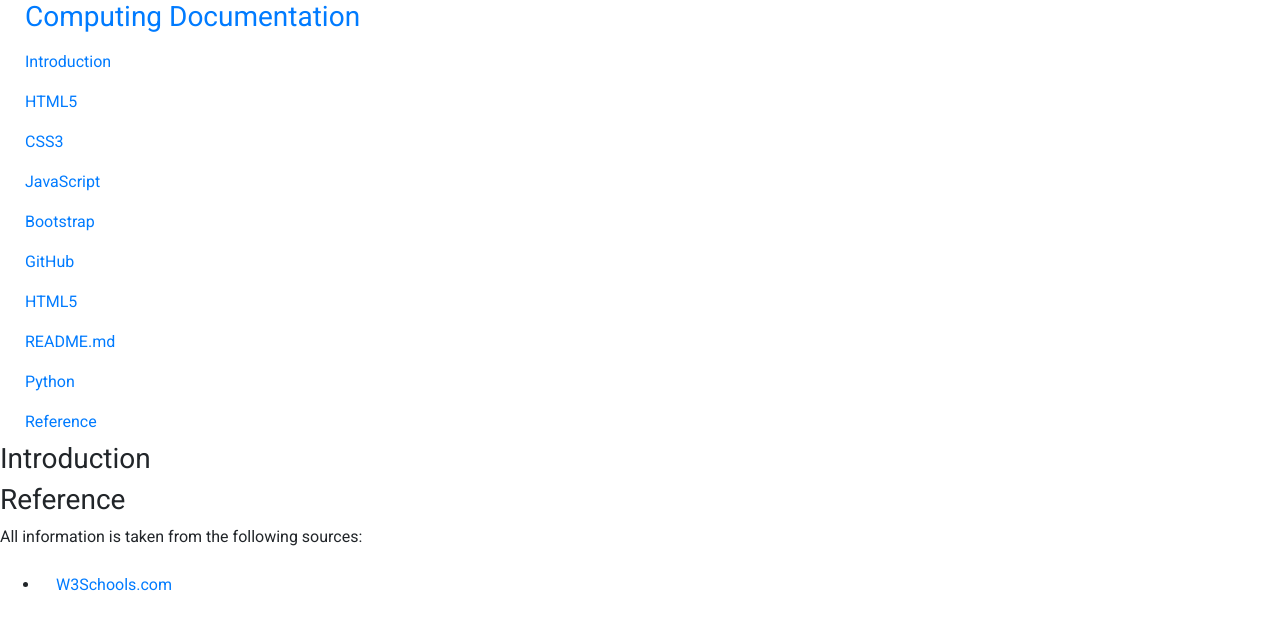
Repository: derektypist/technical-documentation-page
Page: index.html
The author's editor kept a record of every edit. The page is drawn from the files as they stood at one moment, then again after the next edit.
The browser window is 1280 px wide. The pictures show the whole page.

Above is the page before.

After the next edit:
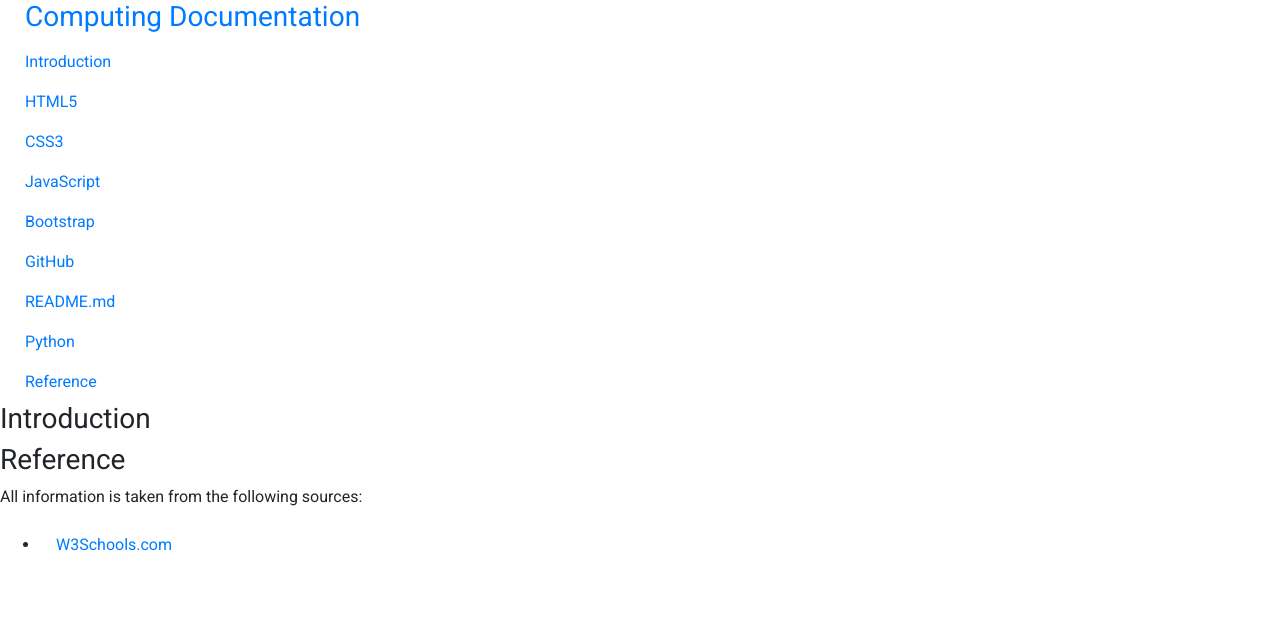
The edit:
--- a/index.html
+++ b/index.html
@@ -50,9 +50,6 @@
         <a class="nav-link" href="#">GitHub</a>
       </li>
       <li class="nav-item">
-        <a class="nav-link" href="#">HTML5</a>
-      </li>
-      <li class="nav-item">
         <a class="nav-link" href="#readme">README.md</a>
       </li>
       <li class="nav-item">
